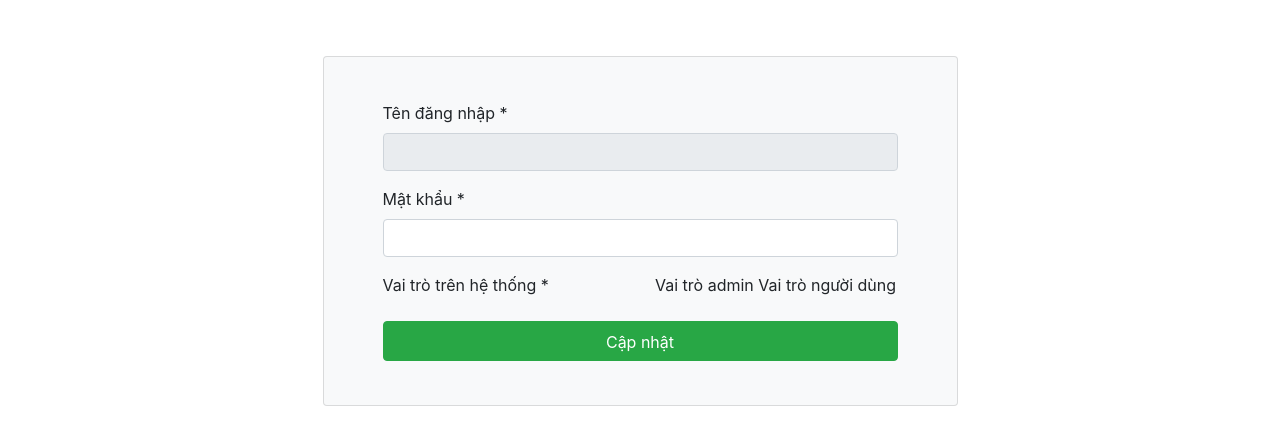
Repository: nguyenmanhtruongdat/javaServletFinalEx
Page: http://localhost/test/updateAcc
The author's editor kept a copy of each file at every save. The page is drawn from the files as they stood at one save, then again after the next save.
The browser window is 1280 px wide. The pictures show the whole page.
Some web libraries are served in a nearby version. The page is served by Tomcat 9. Other server files are loaded and not shown. Queries for data that is not in the repository find no rows.

Above is the page before, as saved 2022-07-05 14:00:57.

### vku/ktx/test/src/main/webapp/updateAcc.jsp
<%@ page language="java" contentType="text/html; charset=UTF-8"
	pageEncoding="UTF-8"%>
<%@ taglib prefix="c" uri="http://java.sun.com/jsp/jstl/core"%>
<%@ taglib prefix="fmt" uri="http://java.sun.com/jsp/jstl/fmt"%>
<%@ taglib uri="http://java.sun.com/jsp/jstl/functions" prefix="fn"%>
<!DOCTYPE html>
<html>
<head>
<title>Insert title here</title>
<link rel="stylesheet"
	href="https://stackpath.bootstrapcdn.com/bootstrap/4.3.1/css/bootstrap.min.css">
<link rel="stylesheet"
	href="https://cdnjs.cloudflare.com/ajax/libs/font-awesome/6.1.1/css/all.min.css">
<link rel="stylesheet"
	href="//code.jquery.com/ui/1.13.1/themes/base/jquery-ui.css">
<script src="https://code.jquery.com/jquery-3.6.0.js"></script>
<script src="https://code.jquery.com/ui/1.13.1/jquery-ui.js"></script>
<script>
            $(function () {
                $("#datepicker").datepicker({
                    dateFormat: 'dd/mm/yy'
                });
            });

        </script>
</head>
<body>
	<div class="center" style="margin: 20 auto; width: 100%">
		<form action="./updateStd" method="post">
			<div class="container">
				<div class=" text-center mt-5 "></div>
				<div class="row ">
					<div class="col-lg-7 mx-auto">
						<div class="card mt-2 mx-auto p-4 bg-light">
							<div class="card-body bg-light">

								<div class="container">
									<form id="contact-form" role="form">



										<div class="controls">

											<div class="row">
												<div class="col-md-12">
													<div class="form-group">
														<label for="masv">Tên đăng nhập <span><span>*</span></span></label>
														<input type="text" value="${acc.username}" name="masv"
															class="form-control" id="masv" required
															readonly="readonly">

													</div>
												</div>
												<div class="col-md-12">
													<div class="form-group">
														<label for="hoten">Mật khẩu <span><span>*</span></span></label>
														<input type="text" value="" id="hoten"
															class="form-control" name="hoten" required>
													</div>
												</div>
											</div>
																						<div class="row">
												<div class="col-md-6">
													<div class="form-group">
														<label for="masv">Vai trò trên hệ thống <span><span>*</span></span></label>

													</div>
												</div>
												<div class="col-md-6">
													<div class="form-group">
														<label for="isAdmin">Vai trò admin</label>
														<c:if test="${acc.isAdmin ==1 }">Admin<input type="radio" checked="checked" value="${acc.isAdmin}" name="isAdmin"
															class="form-control" id="isAdmin" required
															readonly="readonly"></c:if>
															<label for="isAdmin">Vai trò người dùng</label>
															<c:if test="${acc.isUser ==1 }">Người dùng<input type="radio" checked="checked" value="${acc.isUser}" name="isUser"
															class="form-control" id="isUser" required
															readonly="readonly"></c:if>
													</div>
												</div>
											</div>
											<div class="row">
												<div class="col-md-12">

													<input type="submit"
														class="btn btn-success btn-send  pt-2 btn-block
                                                               "
														value="Cập nhật">

												</div>

											</div>
										</div>
									</form>
								</div>
							</div>


						</div>
						<!-- /.8 -->

					</div>
					<!-- /.row-->

				</div>
			</div>

		</form>
	</div>
</body>
</html>

### vku/ktx/test/src/main/java/Controller/updateAcc.java
package Controller;

import java.io.IOException;
import java.io.PrintWriter;
import java.sql.Date;
import java.text.SimpleDateFormat;

import javax.servlet.ServletException;
import javax.servlet.annotation.WebServlet;
import javax.servlet.http.HttpServlet;
import javax.servlet.http.HttpServletRequest;
import javax.servlet.http.HttpServletResponse;

import DAO.DAO;
import entity.account;
import entity.student;

/**
 * Servlet implementation class updateStd
 */
@WebServlet("/updateAcc")
public class updateAcc extends HttpServlet {
	private static final long serialVersionUID = 1L;

    /**
     * @see HttpServlet#HttpServlet()
     */
    public updateAcc() {
        super();
        // TODO Auto-generated constructor stub
    }

	/**
	 * @see HttpServlet#doGet(HttpServletRequest request, HttpServletResponse response)
	 */
	protected void doGet(HttpServletRequest request, HttpServletResponse response) throws ServletException, IOException {
		request.setCharacterEncoding("UTF-8");
		response.setContentType("text/html;charset=UTF-8");
		response.setCharacterEncoding("UTF-8");
		PrintWriter out = response.getWriter();
		String masv = request.getParameter("username");
		DAO dao = new DAO();
		account acc = dao.selectAccByUsername(masv);
		request.setAttribute("acc", acc);
		request.getRequestDispatcher("updateAcc.jsp").forward(request, response);
	}

	/**
	 * @see HttpServlet#doPost(HttpServletRequest request, HttpServletResponse response)
	 */
	protected void doPost(HttpServletRequest request, HttpServletResponse response) throws ServletException, IOException {
		response.setContentType("text/html;charset=UTF-8");
		request.setCharacterEncoding("UTF-8");
		response.setCharacterEncoding("UTF-8");
		PrintWriter out = response.getWriter();
		DAO dao = new DAO();
		String username = request.getParameter("username");
		String password = request.getParameter("password");
		String role = request.getParameter("role");
		int roleUser=0;
		int roleAdmin=0;
		if (role.trim().equals("user")) {
			roleUser=1;
			roleAdmin=0;
		}else {
			roleUser=0;
			roleAdmin=1;
		}
		System.out.println(username);
		System.out.println(password);
		System.out.println(role);
		System.out.println(roleUser);
		System.out.println(roleAdmin);
		account acc= new account();
		try {
		String passwordEcrtdao= dao.MD5(password);
		System.out.println(passwordEcrtdao);
		 acc.setUsername(username);
		 acc.setPassword(passwordEcrtdao);
		 acc.setIsUser(roleUser);
		 acc.setIsAdmin(roleAdmin);
		  dao.updateAcc(acc);
		  response.sendRedirect("quanlyAcc");
		} catch (Exception e1) {
			e1.printStackTrace();
		}
	}

}

### vku/ktx/test/src/main/java/DBConnect/DBContext.java
package DBConnect;

import java.sql.Connection;
import java.sql.DriverManager;
import java.sql.SQLException;
public class DBContext {
	private static DBContext instance;

	public static DBContext getInstance() {
		if (instance==null) {
			instance= new DBContext();
		}
		return instance;
	}
	public Connection getConnection() throws ClassNotFoundException, SQLException{
		Class.forName("com.mysql.cj.jdbc.Driver");
		String host = "jdbc:mysql://localhost:3306/hethongktx";
		String username = "root";
		String password ="";
		return DriverManager.getConnection(host, username, password);
	}
	public static void main(String[] args) {
		DBContext db = new DBContext();
		try {
			Connection cnn =db.getConnection();
			if (cnn==null) {
				System.out.println("thatbai");
			}else {
				System.out.println("thanh cong");
			}
		} catch (ClassNotFoundException | SQLException e) {
			// TODO Auto-generated catch block
			e.printStackTrace();
		}
	}
}

Loaded but not shown: vku/ktx/test/src/main/java/DAO/DAO.java (640 lines, source omitted)

After the next save:
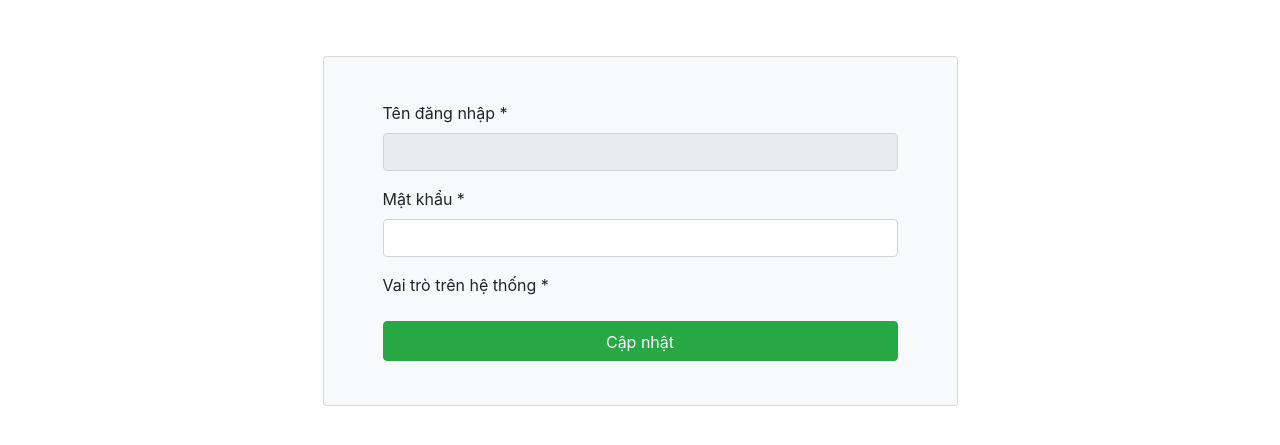
Saved 28 s later.
--- a/vku/ktx/test/src/main/webapp/updateAcc.jsp
+++ b/vku/ktx/test/src/main/webapp/updateAcc.jsp
@@ -68,11 +68,9 @@
 												</div>
 												<div class="col-md-6">
 													<div class="form-group">
-														<label for="isAdmin">Vai trò admin</label>
 														<c:if test="${acc.isAdmin ==1 }">Admin<input type="radio" checked="checked" value="${acc.isAdmin}" name="isAdmin"
 															class="form-control" id="isAdmin" required
 															readonly="readonly"></c:if>
-															<label for="isAdmin">Vai trò người dùng</label>
 															<c:if test="${acc.isUser ==1 }">Người dùng<input type="radio" checked="checked" value="${acc.isUser}" name="isUser"
 															class="form-control" id="isUser" required
 															readonly="readonly"></c:if>
